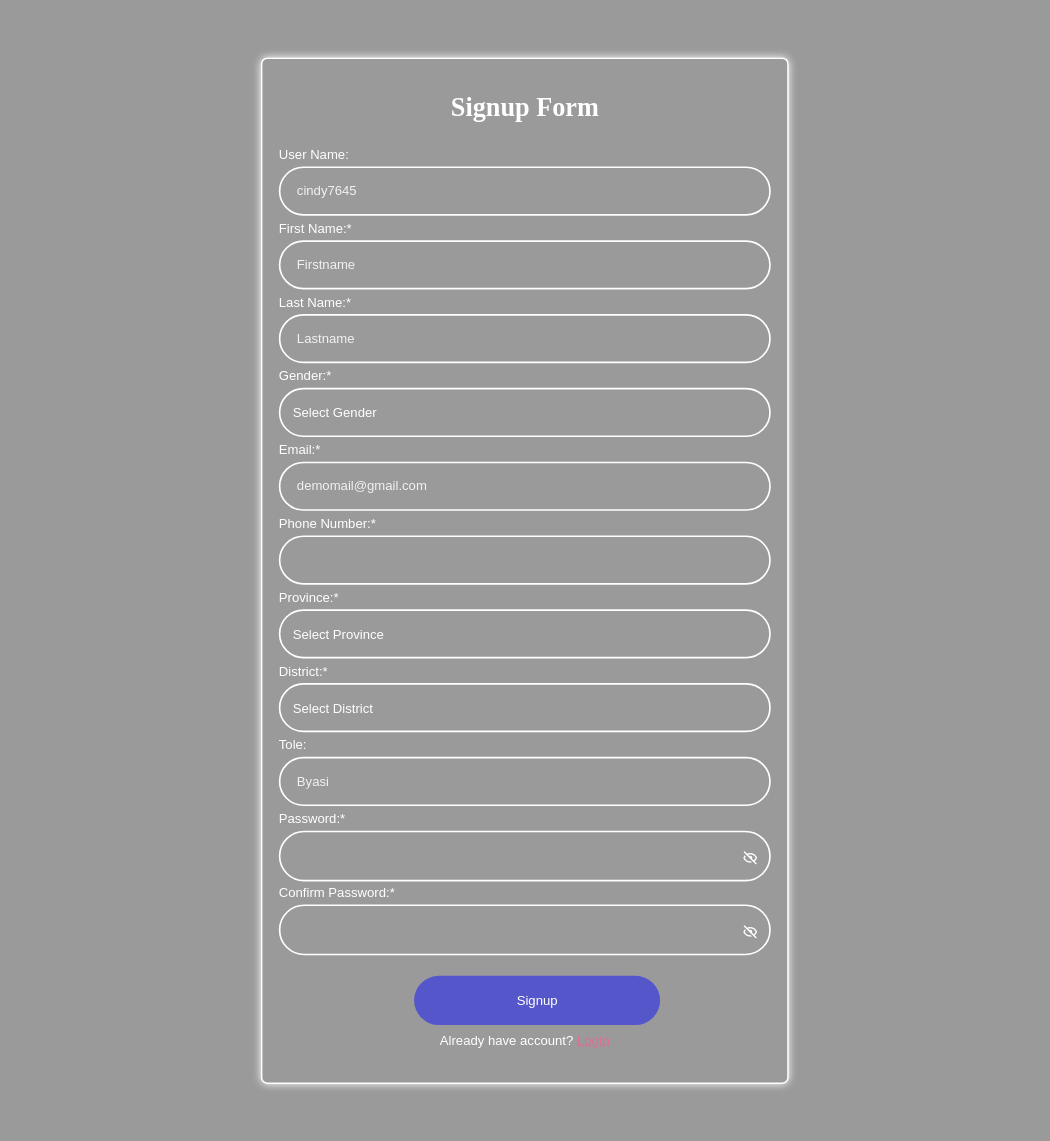
Repository: cindrellakoju/Animestore
Page: html css/signup.html
These files come from the project's save history. The page is drawn as it stood at one moment and after the next save; the edit follows.
The browser window is 1280 px wide. The pictures show the whole page, at 82% of full size.

Above is the page before, as saved 2024-04-20 12:19:16.

### html css/signup.html
<!DOCTYPE html>
<html lang="en">
<head>
  <meta charset="UTF-8">
  <meta name="viewport" content="width=device-width, initial-scale=1.0">
  <title>Signup Page</title>
  <link href='https://unpkg.com/boxicons@2.1.4/css/boxicons.min.css' rel='stylesheet'>
  <link rel="stylesheet" href="signup.css">
</head>
<body>
  <div class="container">
    <h1>Signup Form</h1>
    <form>
      <div class="signupform">
        <label for="username">User Name:</label>
        <input type="text" id="username" name="username" placeholder="cindy7645">
      </div>
      <div class="signupform">
        <label for="firstname">First Name:<span class="required">*</span></label>
        <input type="text" id="firstname" name="firstname" placeholder="Firstname">
      </div>
      <div class="signupform">
        <label for="lastname">Last Name:<span class="required">*</span></label>
        <input type="text" id="lastname" name="lastname" placeholder="Lastname" required>
      </div>
      <div class="signupform">
        <label for="gender">Gender:<span class="required">*</span></label>
        <div class="custom-select">
            <select id="gender" name="gender" required>
                <option value="">Select Gender</option>
                <option value="male">Male</option>
                <option value="female">Female</option>
                <option value="other">Other</option>
            </select>
        </div>
    </div>

      <div class="signupform">
        <label for="email">Email:<span class="required">*</span></label>
        <input type="email" id="email" name="email" placeholder="demomail@gmail.com" required>
      </div>
      <div class="signupform">
        <label for="phone">Phone Number:<span class="required">*</span></label>
        <input type="text" id="phone" name="phone" required>
      </div>
      <div class="signupform">
        <label for="province">Province:<span class="required">*</span></label>
        <div class="custom-select">
          <select id="province" name="province" onchange="populateDistricts()" required>
            <option value="">Select Province</option>
            <option value="1">Province 1</option>
            <option value="2">Province 2</option>
            <option value="3">Bagmati Province</option>
            <option value="4">Gandaki Province</option>
            <option value="5">Lumbini Province</option>
            <option value="6">Karnali Province</option>
            <option value="7">Sudurpashchim Province</option>
          </select>
        </div>
      </div>
      <div class="signupform">
        <label for="district">District:<span class="required">*</span></label>
        <div class="custom-select">
            <select id="district" name="district" required>
                <option value="">Select District</option>
            </select>
        </div>
      </div>

      <div class="signupform">
        <label for="tole">Tole:</label>
        <input type="text" id="tole" name="tole" placeholder="Byasi" required>
      </div>
      <div class="signupform">
        <label for="password">Password:<span class="required">*</span></label>
        <div class="password-input-container">
            <input type="password" spellcheck="false" id="password" name="password" required>
            <i class='bx bx-hide toggle' id="passwordToggle"></i>
        </div>
    </div>

    <div class="signupform">
        <label for="confirmpassword">Confirm Password:<span class="required">*</span></label>
        <div class="password-input-container">
            <input type="password" spellcheck="false" id="confirmpassword" name="confirmpassword" required>
            <i class='bx bx-hide toggle' id="confirmPasswordToggle"></i>
        </div>
    </div>

      <div class="signupform">
        <button type="submit">Signup</button>
      </div>
    <h4>Already have account?  <a href="login.html">LogIn</a></h4>
    </form>
  </div>
  <script>
    function populateDistricts() {
      var provinceSelect = document.getElementById("province");
      var districtSelect = document.getElementById("district");

      // Clear existing options
      districtSelect.innerHTML = "";

      // Add default option
      var defaultOption = document.createElement("option");
      defaultOption.text = "Select District";
      districtSelect.add(defaultOption);

      // Get selected province
      var selectedProvince = provinceSelect.value;

      // Add districts based on selected province
      switch (selectedProvince) {
        case "1":
          addDistrict("Bhojpur");
          addDistrict("Dhankuta");
          addDistrict("Ilam");
          addDistrict("Jhapa");
          addDistrict("Khotang");
          break;
        case "2":
          addDistrict("Saptari");
          addDistrict("Siraha");
          addDistrict("Dhanusha");
          addDistrict("Mahottari");
          addDistrict("Sarlahi");
          break;
        case "3":
          addDistrict("Kathmandu");
          addDistrict("Lalitpur");
          addDistrict("Bhaktapur");
          addDistrict("Kavrepalanchok");
          addDistrict("Nuwakot");
          break;
        case "4":
          addDistrict("Gorkha");
          addDistrict("Lamjung");
          addDistrict("Tanahun");
          addDistrict("Manang");
          addDistrict("Mustang");
          break;
        case "5":
          addDistrict("Rupandehi");
          addDistrict("Kapilvastu");
          addDistrict("Nawalparasi");
          addDistrict("Arghakhanchi");
          addDistrict("Gulmi");
          break;
        case "6":
          addDistrict("Jumla");
          addDistrict("Kalikot");
          addDistrict("Surkhet");
          addDistrict("Dailekh");
          addDistrict("Jajarkot");
          break;
        case "7":
          addDistrict("Kailali");
          addDistrict("Kanchanpur");
          addDistrict("Dadeldhura");
          addDistrict("Darchula");
          addDistrict("Baitadi");
          break;
        default:
          break;
      }
    }

    function addDistrict(districtName) {
      var districtSelect = document.getElementById("district");
      var option = document.createElement("option");
      option.text = districtName;
      districtSelect.add(option);
    }

    document.addEventListener("DOMContentLoaded", function() {
    const passwordToggle = document.getElementById("passwordToggle");
    const confirmPasswordToggle = document.getElementById("confirmPasswordToggle");
    const passwordInput = document.getElementById("password");
    const confirmPasswordInput = document.getElementById("confirmpassword");

    passwordToggle.addEventListener("click", () => {
        if (passwordInput.type === "password") {
            passwordInput.type = "text";
            passwordToggle.classList.replace("bx-hide", "bx-show");
        } else {
            passwordInput.type = "password";
            passwordToggle.classList.replace("bx-show", "bx-hide");
        }
    });

    confirmPasswordToggle.addEventListener("click", () => {
        if (confirmPasswordInput.type === "password") {
            confirmPasswordInput.type = "text";
            confirmPasswordToggle.classList.replace("bx-hide", "bx-show");
        } else {
            confirmPasswordInput.type = "password";
            confirmPasswordToggle.classList.replace("bx-show", "bx-hide");
        }
      });
    });


  </script>
</body>
</html>

### html css/signup.css
/* General Styles */
body {
    font-family: Arial, sans-serif;
    margin: 0;
    padding: 20px;
    /* background-color: #f4f4f4; */
    min-height: 100vh;
    background-color: #00000065;
  }

  .container {
    max-width: 600px;
    margin: 50px auto;

    /* background: #fff; */
    padding: 20px;
    border-radius: 8px;
    /* box-shadow: 0 2px 5px rgba(0, 0, 0, 0.1); */
    border: 2px solid white ;
    box-shadow: 0 0 10px white;
  }

  h1 {
    color: white;
    font-size: 36;
    text-align: center;
    font-family: 'Times New Roman', Times, serif;
  }

  .signupform {
  position: relative;
  width: 100%;
  height: 60px;
  margin: 30px 0;
  justify-content: center;
  }

  label {
    color: white;
    display: block;
    margin-bottom: 5px;
    position: relative;
  }
  .label-text {
      display: inline-block;
  }

  .label-text .required {
  color: red;
  font-weight: bold;
  margin-left: 5px;
  }
  /* change color of placeholder */
  #username::placeholder, #firstname::placeholder, #lastname::placeholder,
  #email::placeholder, #tole::placeholder{
    color: rgba(255, 255, 255, 0.865);
  }
  input[type="text"],
  input[type="email"],
  select,
  input[type="password"] {
  color: white;
  width: 100%;
  padding: 20px 45px 20px 20px;
  height: 100%;
  border: none;
  outline: none;
  background: transparent ;
  border: 2px solid white;
  font-size: 16px;
  border-radius: 40px;
  box-sizing: border-box;
  }
  /* Dark border and label color on hover */
  .signupform input:hover,
  .signupform input:focus {
  border-color: white; /* Dark border color on hover and focus */
  }

  /* Default styling for select box */
  .custom-select {
    position: relative;
    width: 100%;
    height: 100%;
  }

  .custom-select select {
    appearance: none; /* Remove default arrow in Firefox */
    -webkit-appearance: none; /* Remove default arrow in WebKit/Blink */
    -moz-appearance: none; /* Remove default arrow in older Firefox */
    padding: 15px; /* Adjust as needed */
    /* border: 2px solid white; */
    background-color: black;

    border-radius: 40px;
    background-color: transparent;
    cursor: pointer;
    width: 100%;
    font-size: 16px;
    box-sizing: border-box;
    outline: none; /* Remove focus outline */
    /* Use a custom arrow as background */
    /* background-image: url('data:[embedded picture, 163 characters]'); */
    background-repeat: no-repeat;
    background-position: calc(100% - 20px) center; /* Move arrow to the right */
    padding-right: 25px; /* Space for arrow */
  }
  #gender, #province, #district{
    color: white;
  }

  /* Hover effect for custom arrow */
  .custom-select:hover select {
    border-color: white; /* Change border color on hover */
  }

  /* Additional styles for select box */
  .custom-select select:focus {
    border-color: white; /* Change border color on focus */
  }

  .custom-select select:disabled {
    opacity: 0.5; /* Dim select box when disabled */
    pointer-events: none;
  }

  .password-input-container {
    position: relative;
  }


  .password-input-container i{
    position: absolute;
    top: 295%;
    right: 5px;
    left: 15px;
    transform: translateY(-50%);
    cursor: pointer;
    font-size: 20px;
    margin-left: 550px;
    margin-top: -150px;
    color: white;
  }

  button[type="submit"] {
    background-color: rgba(55, 55, 228, 0.678);
    color: white;
    width: 50%;
    height: 100%;
    padding: 10px 20px;
    border: none;
    border-radius: 40px;
    cursor: pointer;
    font-size: 16px;
    margin-top: 20px;
    margin-left: 165px;
}

button[type="submit"]:hover {
    background-color: rgb(33, 33, 232);
    text-decoration: underline;
    box-shadow: 0 0 10px white;
  }

  h4{
    color: white;
    font-weight: 500;
    text-align: center;
    margin-top: 20px;
    /* margin-left: 185px; */
  }

  h4 a{
    color: palevioletred
  }

  h4 a:hover{
    color: rgb(202, 63, 109);
  }
  /* Icon ko milako */
  .icon-box {
    display: flex;
    flex-direction: column;
  }

  /* Tooltip */
  .tooltip {
    position: absolute;
    top: 50%;
    right: calc(100% + 10px);
    transform: translateY(-50%);
    background-color: #333;
    color: white;
    padding: 5px 10px;
    border-radius: 5px;
    opacity: 0;
    transition: opacity 0.3s ease;
    pointer-events: none;
  }

/* Prevent background color change on autofill */
input:-webkit-autofill,
input:-webkit-autofill:hover,
input:-webkit-autofill:focus,
textarea:-webkit-autofill,
textarea:-webkit-autofill:hover,
textarea:-webkit-autofill:focus,
select:-webkit-autofill,
select:-webkit-autofill:hover,
select:-webkit-autofill:focus {
    border: 2px solid white;
    -webkit-text-fill-color: white;
    -webkit-box-shadow: 0 0 0px 1000px #cdcacace inset;
    transition: background-color 5000s ease-in-out 0s;
}

After the next save:
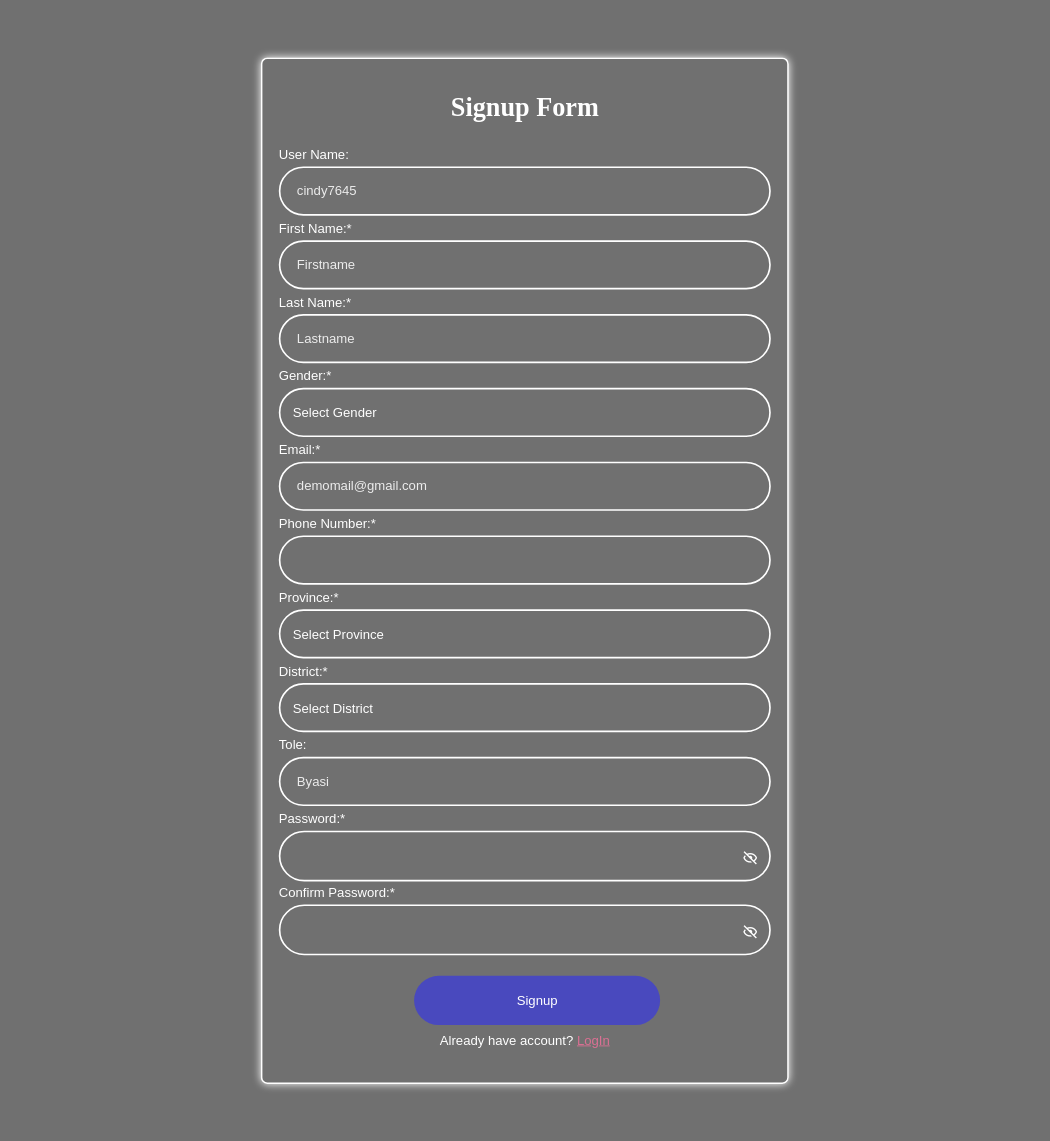
Saved 34 s later.
--- a/html css/signup.css
+++ b/html css/signup.css
@@ -5,7 +5,7 @@ body {
     padding: 20px;
     /* background-color: #f4f4f4; */
     min-height: 100vh;
-    background-color: #00000065;
+    background-color: #0000008f;
   }
 
   .container {
